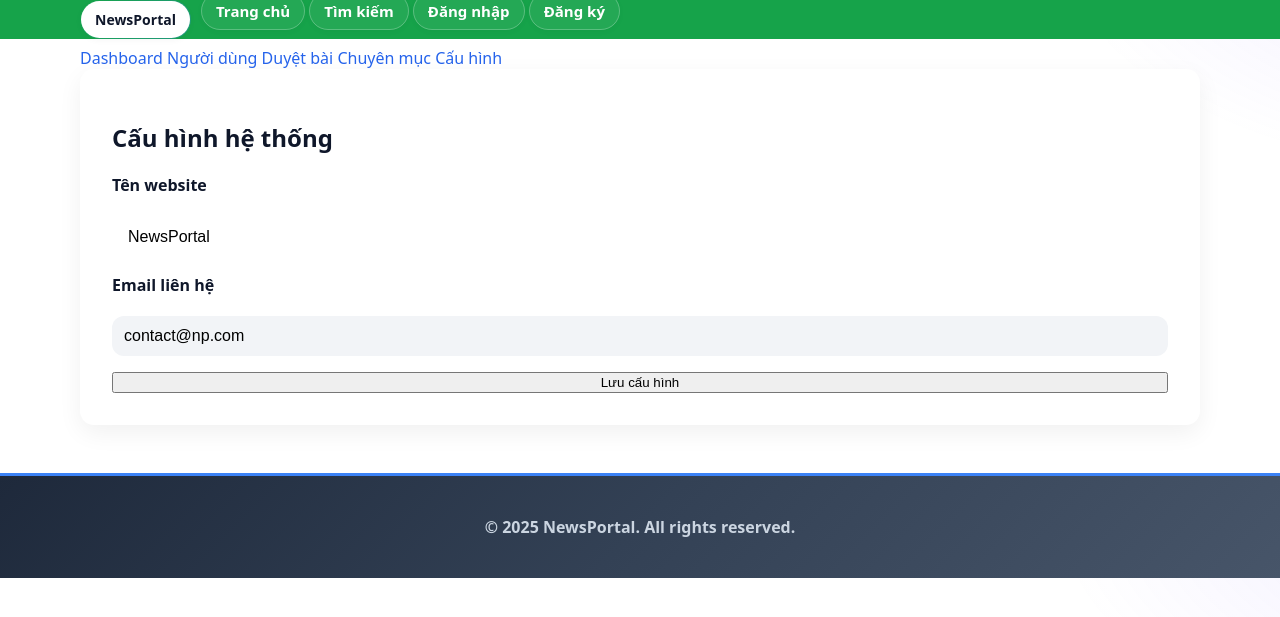
Repository: minhtvpy00202-git/Assignment_PY00202_MinhTV
Page: http://localhost/NewsPortal_PY00202/WEB-INF/views/admin/settings.jsp
An editor plug-in stored every save of this project. The page is shown before and after the next save, followed by the edit.
The browser window is 1280 px wide. The pictures show the whole page.
The page is served by Tomcat 10. Nobody is signed in. The template is opened directly, without the code that normally fills it, so the values that code supplies are empty.

Above is the page before, as saved 2025-09-28 07:52:19.

After the next save:
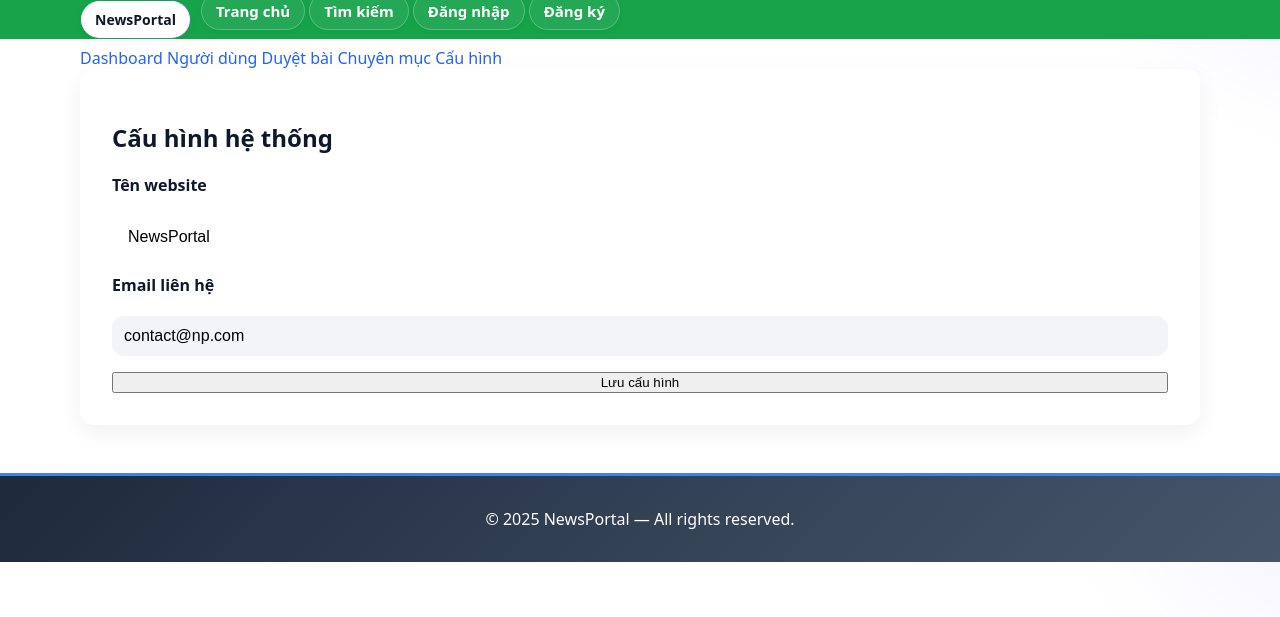
Saved 9 s later.
--- a/Assignment_NewsPortal/NewsPortal_PY00202/src/main/webapp/WEB-INF/views/layout/footer.jsp
+++ b/Assignment_NewsPortal/NewsPortal_PY00202/src/main/webapp/WEB-INF/views/layout/footer.jsp
@@ -1,11 +1,8 @@
 <%@ page contentType="text/html; charset=UTF-8" pageEncoding="UTF-8"%>
-<%@ taglib prefix="c" uri="jakarta.tags.core" %>
-<%@ taglib prefix="fn" uri="jakarta.tags.functions" %>
-<%@ taglib prefix="fmt" uri="jakarta.tags.fmt" %>
-<c:set var="ctx" value="${pageContext.request.contextPath}" />
-<footer class="site-footer">
-	<div class="container">
-		<p>&copy; 2025 NewsPortal. All rights reserved.</p>
-	</div>
+<footer>
+  <div class="container">
+    © <script>document.write(new Date().getFullYear())</script> NewsPortal — All rights reserved.
+  </div>
 </footer>
-<script src="${pageContext.request.contextPath}/assets/js/main.js"></script>
+</body>
+</html>
